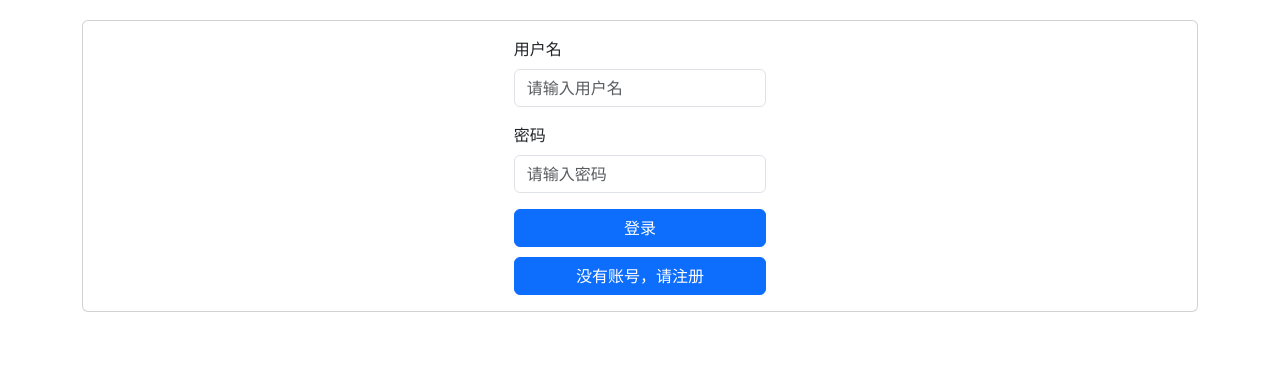
Repository: squawktop/CFS
Page: / (app in web/)
An editor plug-in stored every save of this project. The page is shown before and after the next save, followed by the edit.
The browser window is 1280 px wide. The pictures show the whole page.
The project was rebuilt for these pictures with package versions that can differ from the ones it lists, and the page was loaded fresh each time. Also part of the build but not shown: web/vue.config.js, web/src/views/RegisterView.vue, web/src/components/NavBar.vue, web/src/views/HomeView.vue, web/src/views/UsersManageView.vue, web/src/views/PersonalCenterView.vue, web/src/views/GoodsManageView.vue, web/src/views/OrdersManageView.vue and 1 more.

Above is the page before, as saved 2024-03-23 16:25:58.

After the next save:
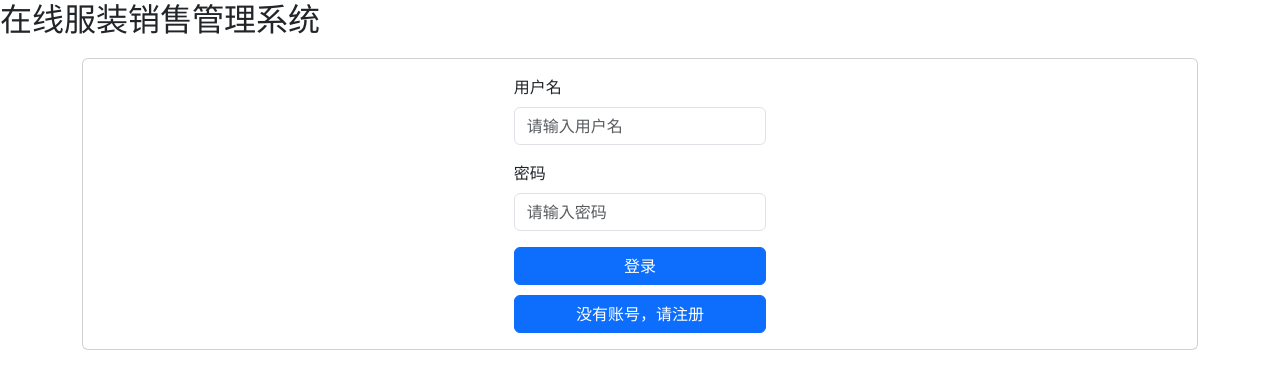
Saved 2 min 16 s later.
--- a/web/src/views/LoginView.vue
+++ b/web/src/views/LoginView.vue
@@ -1,4 +1,5 @@
 <template>
+    <h2>在线服装销售管理系统</h2>
     <ContentField v-if="!$store.state.user.pulling_info">
         <div class="row justify-content-md-center">
             <div class="col-3">
